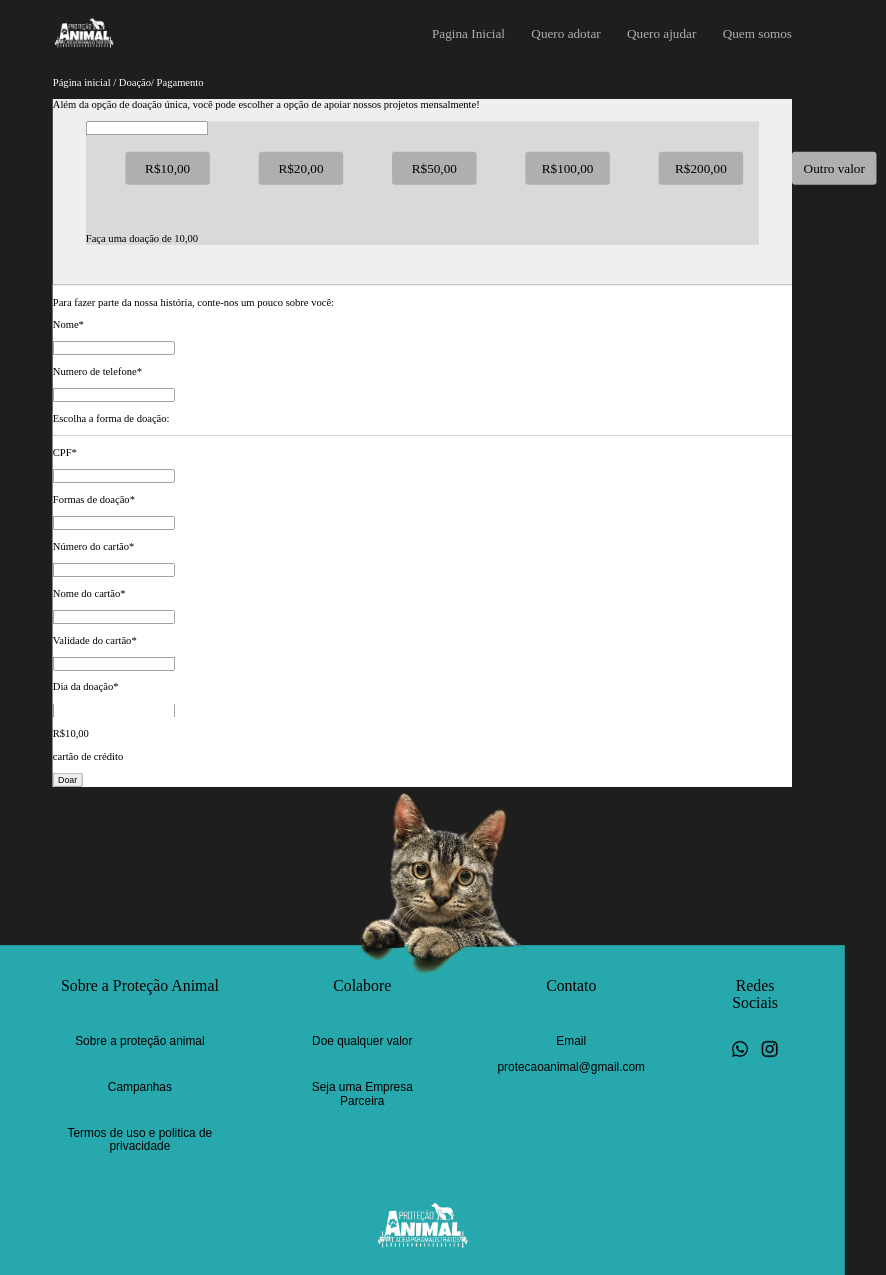
Repository: edjunior-nascimento/protecao-animal-web
Page: src/pages/formulario-doacao/index.html
These files come from the project's save history. The page is drawn as it stood at one moment and after the next save; the edit follows.
The browser window is 1280 px wide. The page is 1342 px wide, so the pictures cover 1342 px, including what lies to the right of the window. The pictures show the whole page, at 66% of full size.

Above is the page before, as saved 2025-03-06 03:35:25.

After the next save:
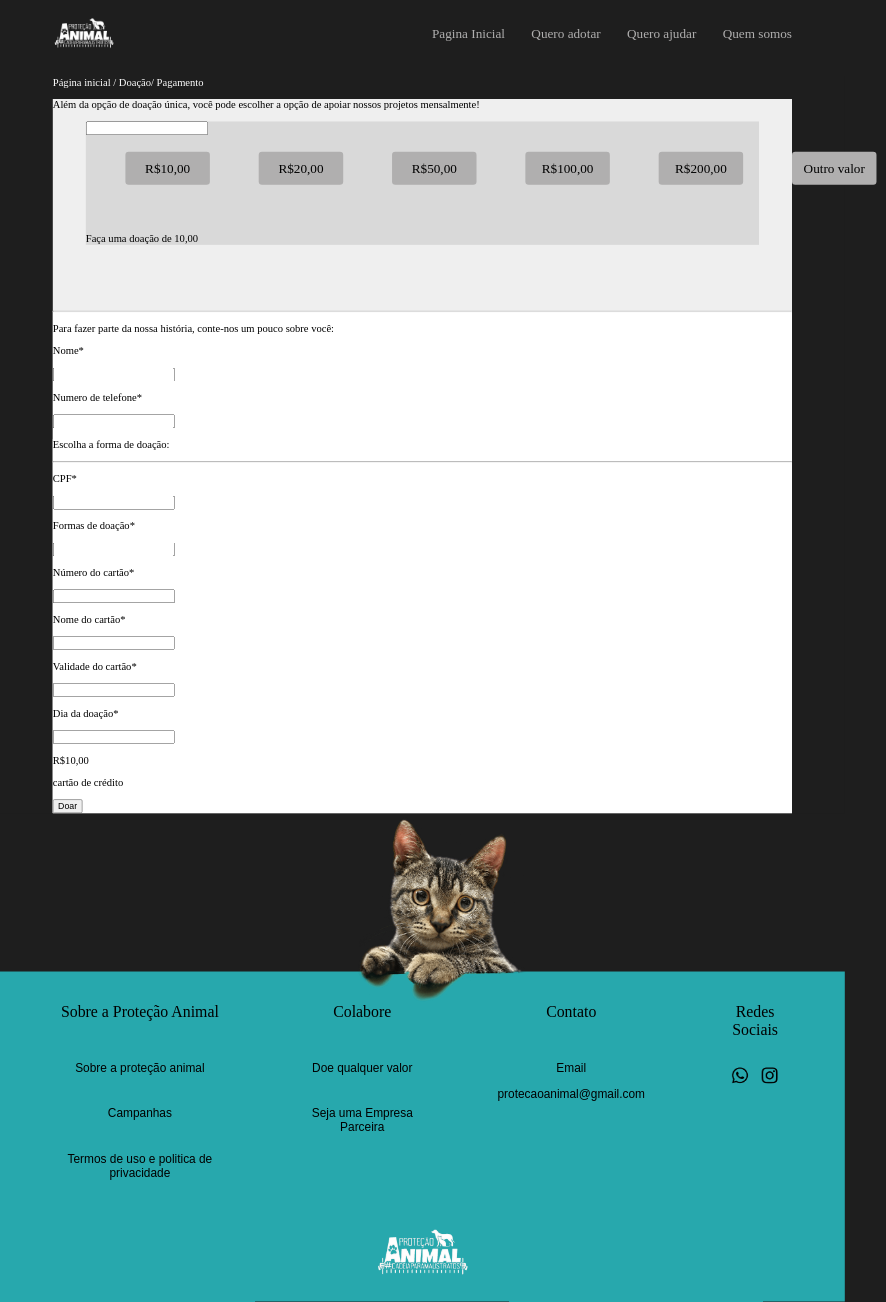
Saved 32 s later.
--- a/src/pages/formulario-doacao/style.css
+++ b/src/pages/formulario-doacao/style.css
@@ -83,7 +83,7 @@
 }
 .res {
   margin-top: 48px;
-  margin-bottom: 36px;
+  margin-bottom: 100px;
 }
   .pri-line {
     margin-top: 60px;

After the save that followed:
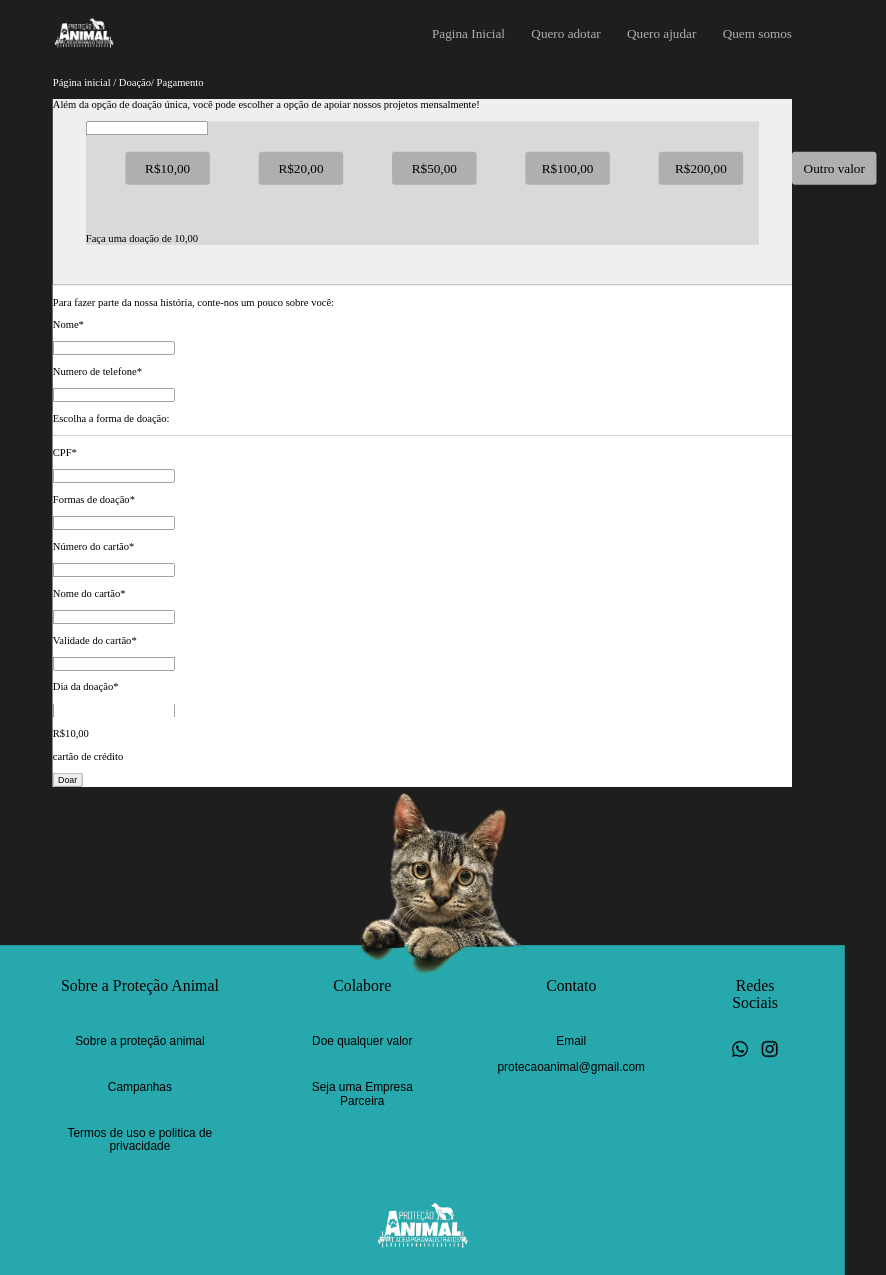
Saved 8 s later.
--- a/src/pages/formulario-doacao/style.css
+++ b/src/pages/formulario-doacao/style.css
@@ -83,7 +83,7 @@
 }
 .res {
   margin-top: 48px;
-  margin-bottom: 100px;
+
 }
   .pri-line {
     margin-top: 60px;
